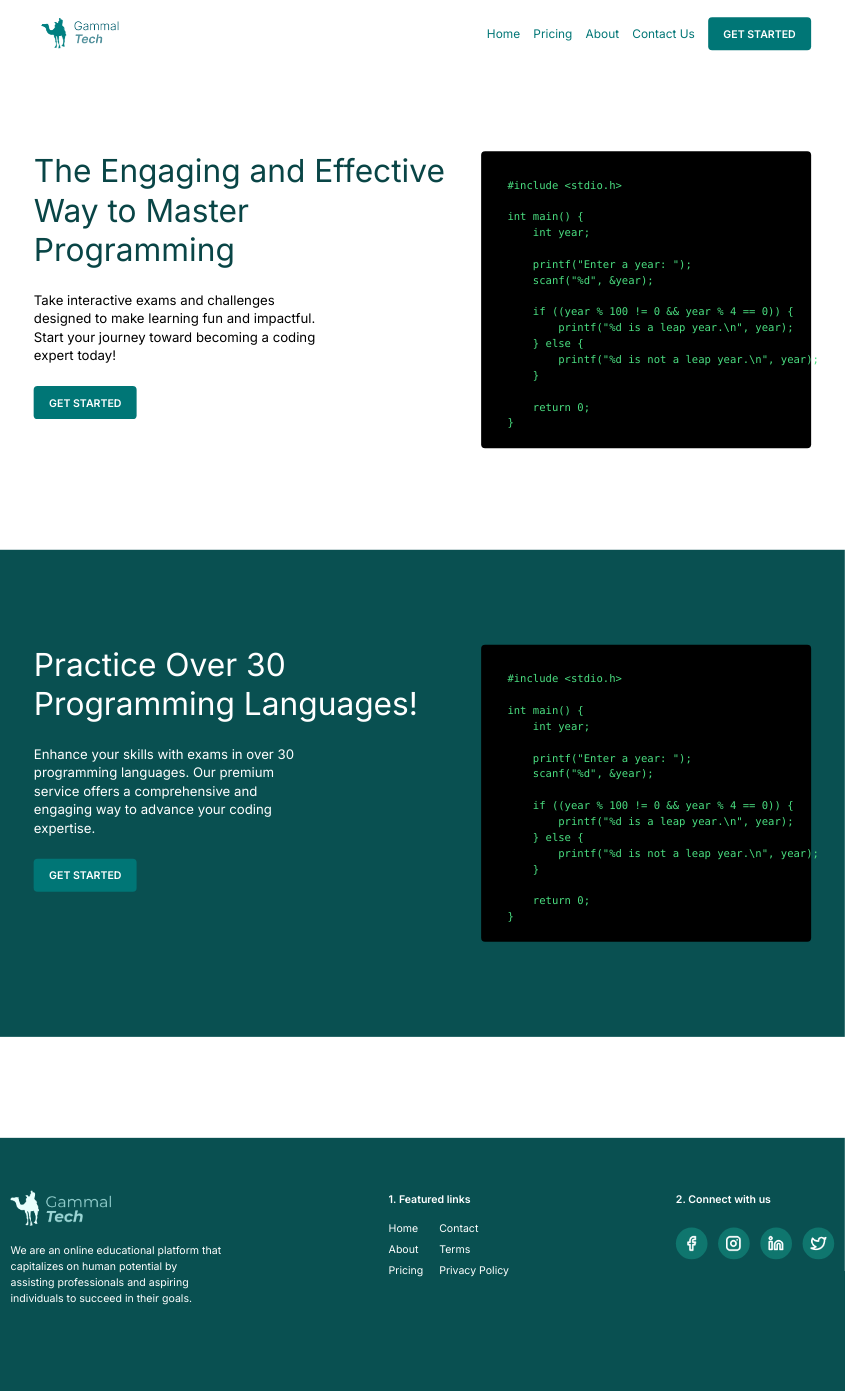
Repository: Ahmed77669/Internship-test
Page: /
An editor plug-in stored every save of this project. The page is shown before and after the next save, followed by the edit.
The browser window is 1280 px wide. The pictures show the whole page, at 66% of full size.
The project was rebuilt for these pictures with package versions that can differ from the ones it lists, and the page was loaded fresh each time. The framework's server and built-in components were replaced by stand-ins that run in the browser. Also part of the build but not shown: next.config.mjs.

Above is the page before, as saved 2024-10-13 18:20:49.

### app/layout.tsx
import type { Metadata } from "next";
import localFont from "next/font/local";
import "./globals.css";
import NavBarHome from "@/components/Navbar";
import { Inter } from "next/font/google";
import Footer from "@/components/Footer/Footer";

const inter = Inter({
  subsets: ["latin"],
});
const geistSans = localFont({
  src: "./fonts/GeistVF.woff",
  variable: "--font-geist-sans",
  weight: "100 900",
});
const geistMono = localFont({
  src: "./fonts/GeistMonoVF.woff",
  variable: "--font-geist-mono",
  weight: "100 900",
});

export const metadata: Metadata = {
  title: "Create Next App",
  description: "Generated by create next app",
};

export default function RootLayout({
  children,
}: Readonly<{
  children: React.ReactNode;
}>) {
  return (
    <html lang="en">
      <body
        className={`${geistSans.variable} ${geistMono.variable} antialiased ${inter.className}`}
      >
        <NavBarHome />
        {children}
        <Footer />
      </body>
    </html>
  );
}

### app/page.tsx
import NavBarHome from "@/components/Navbar";
import Home_1 from "@/components/Home_1";
import Image from "next/image";

export default function Home() {
  return (
      <main>
        <Home_1 />
      </main>

  );
}

### app/globals.css
@tailwind base;
@tailwind components;
@tailwind utilities;

:root {
  --background: #ffffff;
  /* --foreground: #171717; */
}

@media (prefers-color-scheme: dark) {
  :root {
    /* --background: #0a0a0a; */
    --foreground: #ededed;
  }
}

body {
  color: var(--foreground);
  background: var(--background);
  font-family: Arial, Helvetica, sans-serif;
}

@layer utilities {
  .text-balance {
    text-wrap: balance;
  }
}

### components/Navbar.tsx
"use client";
import React, { useState, useRef, useEffect } from "react";
import GT_logo from "@/public/Component 6.png";
import Link from "next/link";
import { Inter } from "next/font/google";
import Image from "next/image";
import { useRouter } from "next/navigation";

const inter = Inter({
  subsets: ["latin"],
  weight: ["100", "200", "300", "400", "500", "600", "700"],
});

const NavBarHome = () => {
  const [isOpen, setIsOpen] = useState(false);
  const menuRef = useRef(null);
  const router = useRouter();

  const route = (page: string) => {
    router.push(page);
  };

  const handleOutsideClick = (event: { target: any; }) => {
    if (menuRef.current && !menuRef.current.contains(event.target)) {
      setIsOpen(false);
    }
  };

  useEffect(() => {
    document.addEventListener("mousedown", handleOutsideClick);
    return () => {
      document.removeEventListener("mousedown", handleOutsideClick);
    };
  }, []);

  const toggleMenu = () => {
    setIsOpen((prev) => !prev);
  };

  return (
    <div className={`py-5 container mx-auto ${inter.className} w-[92%]`}>
      <nav className="relative">
        <ul className="flex justify-between items-center">
          <li className="min-w-[152px]">
            <Link href="/">
              <Image
                src={GT_logo}
                alt="Gammal Tech Logo"
                width={130}
                className="cursor-pointer"
              />
            </Link>
          </li>
          <div className="hidden md:flex space-x-5">
            <Link href="/" className="text-[#007676] text-[18px] font-normal flex items-center">Home</Link>
            <Link href="/pricing" className="text-[#007676] text-[18px] font-normal flex items-center">Pricing</Link>
            {/* <Link href="/contests" className="text-[#007676] text-[18px] font-normal flex items-center">Contests</Link> */}
            {/* <Link href="/ai-challenge" className="text-[#007676] text-[18px] font-normal flex items-center">AI Challenge</Link> */}
            {/* <Link href="/rank" className="text-[#007676] text-[18px] font-normal flex items-center">Rank</Link> */}
            <Link href="/about" className="text-[#007676] text-[18px] font-normal flex items-center">About</Link>
            <Link href="/about" className="text-[#007676] text-[18px] font-normal flex items-center">Contact Us</Link>

            <button
              onClick={() => route("/")}
              className="bg-[#007676] text-white rounded-md w-[156px] h-[50px] text-[16px] font-semibold  py-1 px-3 transition-all duration-300 ease-in-out hover:bg-[#005555] hover:shadow-lg"
            >
              GET STARTED
            </button>

          </div>
          <div className="md:hidden flex items-center">
            <button onClick={toggleMenu} className="text-[#007676] focus:outline-none">
              {/* {isOpen ? (
                <FaTimes className="text-2xl" />
              ) : (
                <FaBars className="text-2xl" />
              )} */}
            </button>
          </div>
        </ul>

        {isOpen && (
          <div
            ref={menuRef}
            className="absolute right-0 mt-2 w-48 bg-white shadow-lg rounded-lg z-20 transition-transform transform origin-top-right scale-100 mx-4"
          >
            <div className="flex flex-col">
              <Link
                href="/"
                className="text-[#007676] text-lg font-semibold hover:bg-[#f0f0f0] transition duration-200 p-3 rounded-lg"
                onClick={() => setIsOpen(false)}
              >
                Home
              </Link>
              <Link
                href="/pricing"
                className="text-[#007676] text-lg font-semibold hover:bg-[#f0f0f0] transition duration-200 p-3 rounded-lg"
                onClick={() => setIsOpen(false)}
              >
                Pricing
              </Link>
              <Link
                href="/contests"
                className="text-[#007676] text-lg font-semibold hover:bg-[#f0f0f0] transition duration-200 p-3 rounded-lg"
                onClick={() => setIsOpen(false)}
              >
                Contests
              </Link>
              <Link
                href="/ai-challenge"
                className="text-[#007676] text-lg font-semibold hover:bg-[#f0f0f0] transition duration-200 p-3 rounded-lg"
                onClick={() => setIsOpen(false)}
              >
                AI Challenge
              </Link>
              <Link
                href="/rank"
                className="text-[#007676] text-lg font-semibold hover:bg-[#f0f0f0] transition duration-200 p-3 rounded-lg"
                onClick={() => setIsOpen(false)}
              >
                Rank
              </Link>
              <Link
                href="/about"
                className="text-[#007676] text-lg font-semibold hover:bg-[#f0f0f0] transition duration-200 p-3 rounded-lg"
                onClick={() => setIsOpen(false)}
              >
                About Us
              </Link>
            </div>
          </div>
        )}
      </nav>
    </div>
  );
};

export default NavBarHome;

### components/Footer/Footer.tsx
import React from 'react';
import Image from "next/image";
import footerLogo from "@/public/gammalTech-logos/footer-logo.png";
import Link from 'next/link';
import linkdin from "@/public/socialmediaIcons/linkdin.png";
import facebook from "@/public/socialmediaIcons/Facebook.png";
import instagram from "@/public/socialmediaIcons/Instagram.png";
import twitter from "@/public/socialmediaIcons/Twitter.png";

const Footer = () => {
  return (

      <section className= "bg-[#095051] py-20 min-h-96 h-auto">
        <div className="container mx-auto px-4 ">
          <div className="flex justify-between flex-wrap ">
            <div className='mb-10'>
              <div className="mb-6">
                <Image src={footerLogo} alt='Gammal Tech Logo' width={152} />
              </div>
              <div className="text-white w-80">
                We are an online educational platform that capitalizes on human potential by assisting professionals and aspiring individuals to succeed in their goals.
              </div>
            </div>

            <div className="text-white flex flex-col mb-10">
              <p className="font-semibold mb-5">1. Featured links</p>
              <div className="flex justify-between ">
                <div className="space-y-2 mr-6">
                  <p className='cursor-pointer'>Home</p>
                  <p className='cursor-pointer'>About</p>
                  <p className='cursor-pointer'>Pricing</p>
                </div>
                <div className="space-y-2">
                  <p className='cursor-pointer'>Contact</p>
                  <p className='cursor-pointer'>Terms</p>
                  <p className='cursor-pointer'>Privacy Policy</p>
                </div>
              </div>
            </div>

            <div>
              <p className="text-white font-semibold mb-8">2. Connect with us</p>
              <div className="flex space-x-4">
                <Link href="https://www.facebook.com/gammal.tech/?locale=ar_AR" passHref target='_blank'>
                  <div className="w-12 h-12 bg-teal-700 rounded-full flex items-center justify-center cursor-pointer">
                    <Image src={facebook} alt='Facebook Logo' />
                  </div>
                </Link>
                <Link href="https://www.instagram.com/gammal.tech/?hl=ar" passHref target='_blank'>
                  <div className="w-12 h-12 bg-teal-700 rounded-full flex items-center justify-center cursor-pointer">
                    <Image src={instagram} alt='Instagram Logo' />
                  </div>
                </Link>
                <Link href="https://www.linkedin.com/company/gammal-tech/" passHref target='_blank'>
                  <div className="w-12 h-12 bg-teal-700 rounded-full flex items-center justify-center cursor-pointer">
                    <Image src={linkdin} alt='LinkedIn Logo' />
                  </div>
                </Link>
                <Link href="https://x.com/gammaltech?lang=ar" passHref target='_blank'>
                  <div className="w-12 h-12 bg-teal-700 rounded-full flex items-center justify-center cursor-pointer">
                    <Image src={twitter} alt='Twitter Logo' />
                  </div>
                </Link>
              </div>
            </div>
          </div>
        </div>
      </section>
  );
};

export default Footer;

### components/Home_1.tsx
import React from 'react'
import lang from "@/public/landingPage-photos/lang.png"

const Home = () => {
  return (
    <section className='mt-32'>
        <div className="w-[92%]  container mx-auto flex justify-between flex-wrap">
            <div className='w-[640px]'>
                <div className="text-[#094546] text-5xl w-full leading-[60px]">The Engaging and Effective Way to Master Programming</div>

                    <p className='text-black w-2/3 text-xl mt-8'>
                    Take interactive exams and challenges designed to make learning fun and impactful. Start your journey toward becoming a coding expert today!
                    </p>

                <button
              // onClick={() => route("/")}
              className="bg-[#007676] text-white rounded-md w-[156px] h-[50px] text-[16px] font-semibold  py-1 px-3 transition-all duration-300 ease-in-out hover:bg-[#005555] hover:shadow-lg mt-8"
            >
              GET STARTED
            </button>
            </div>
            <div className='bg-black rounded-md w-[500px] h-[450px] p-10 flex flex-wrap'>


              <pre className='text-[#4ADE80]'>
              {`#include <stdio.h>

int main() {
    int year;

    printf("Enter a year: ");
    scanf("%d", &year);

    if ((year % 100 != 0 && year % 4 == 0)) {
        printf("%d is a leap year.\\n", year);
    } else {
        printf("%d is not a leap year.\\n", year);
    }

    return 0;
}`}

               </pre>
               </div>

        </div>
<div className='bg-[#095051] mt-[12%] mb-[12%] py-36'>

<div className="w-[92%]  container mx-auto flex justify-between flex-wrap">
            <div className='w-[640px]'>
                <div className="text-white text-5xl w-full leading-[60px]">Practice Over 30 Programming Languages!</div>

                    <p className='text-white w-2/3 text-xl mt-8'>
                    Enhance your skills with exams in over 30 programming languages. Our premium service offers a comprehensive and engaging way to advance your coding expertise.
                    </p>

                <button
              // onClick={() => route("/")}
              className="bg-[#007676] text-white rounded-md w-[156px] h-[50px] text-[16px] font-semibold  py-1 px-3 transition-all duration-300 ease-in-out hover:bg-[#005555] hover:shadow-lg mt-8"
            >
              GET STARTED
            </button>
            </div>
            <div className='bg-black rounded-md w-[500px] h-[450px] p-10 flex flex-wrap'>


              <pre className='text-[#4ADE80]'>
              {`#include <stdio.h>

int main() {
    int year;

    printf("Enter a year: ");
    scanf("%d", &year);

    if ((year % 100 != 0 && year % 4 == 0)) {
        printf("%d is a leap year.\\n", year);
    } else {
        printf("%d is not a leap year.\\n", year);
    }

    return 0;
}`}

               </pre>
               </div>

        </div>
</div>

    </section>
  )
}

export default Home

Loaded but not shown: tailwind.config.ts (common file)

After the next save:
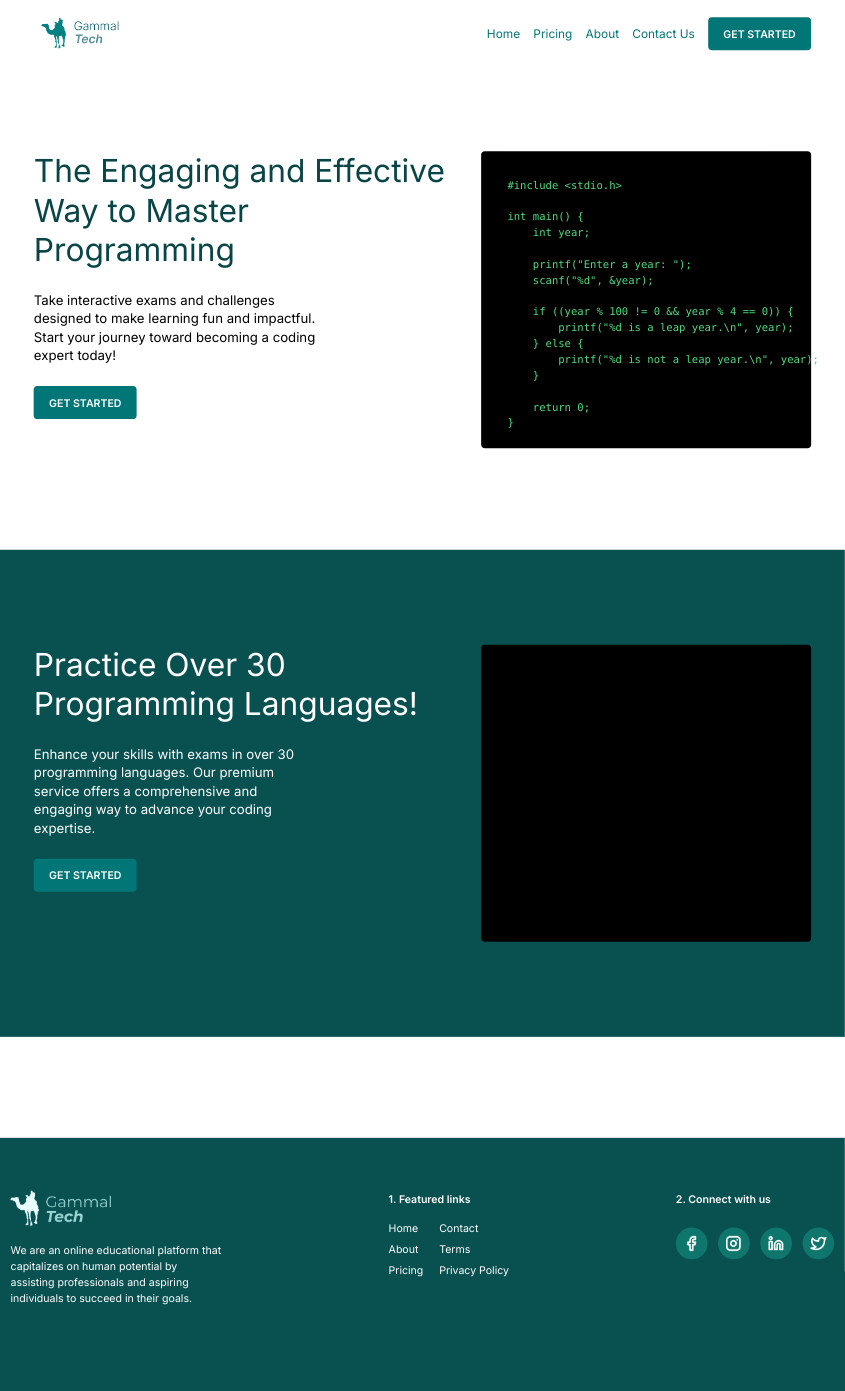
Saved 52 s later.
--- a/components/Home_1.tsx
+++ b/components/Home_1.tsx
@@ -1,4 +1,5 @@
 import React from 'react'
+import Image from 'next/image'
 import lang from "@/public/landingPage-photos/lang.png"
 
 const Home = () => {
@@ -63,26 +64,7 @@
             </div>
             <div className='bg-black rounded-md w-[500px] h-[450px] p-10 flex flex-wrap'>
 
-
-              <pre className='text-[#4ADE80]'>
-              {`#include <stdio.h>
-
-int main() {
-    int year;
-
-    printf("Enter a year: ");
-    scanf("%d", &year);
-
-    if ((year % 100 != 0 && year % 4 == 0)) {
-        printf("%d is a leap year.\\n", year);
-    } else {
-        printf("%d is not a leap year.\\n", year);
-    }
-
-    return 0;
-}`}
-
-               </pre>
+              <Image />
                </div>
 
         </div>
